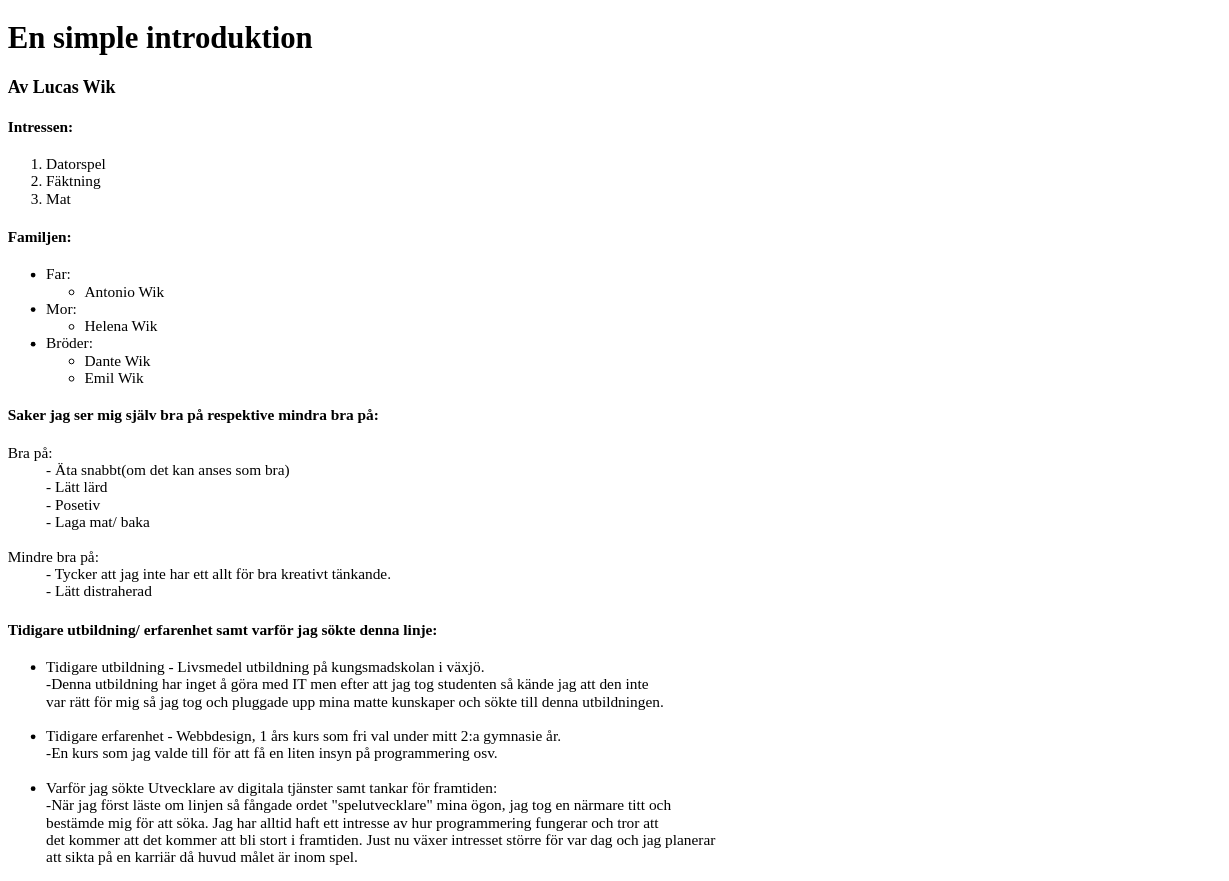
Repository: lw222gz/1ik415-laborationer
Page: Pages/presentation.html
The author's editor kept a record of every edit. The page is drawn from the files as they stood at one moment, then again after the next edit.
The browser window is 1280 px wide. The pictures show the whole page, at 96% of full size.

Above is the page before.

### Pages/presentation.html
<!doctype html>
<html lang="sv">
    <head>
        <meta charset="utf-8" />
        <title>presentation</title>
    </head>
<body>
<h1>En simple introduktion</h1>
<h3>Av Lucas Wik</h3>

<p></p>


<h4>Intressen:</h4>
<!--Vill gärna dra upp listan en rad upp, tycker avståndet är lite långt ifrån varandra, gäller för alla listor.-->
<ol>
    <li>Datorspel</li>
    <li>Fäktning</li>
    <li>Mat</li>
</ol>


<p></p>


<h4>Familjen:</h4>
<ul>
    <li>Far:
        <ul>
            <li>Antonio Wik</li>
        </ul>
    </li>
    <li>Mor:
        <ul>
            <li>Helena Wik</li>
        </ul>
    </li>
    <li>Bröder:
        <ul>
            <li>Dante Wik</li>
            <li>Emil Wik</li>
        </ul>
    </li>
</ul>


<p></p>


<h4>Saker jag ser mig själv bra på respektive mindra bra på:</h4>
<dl>
    <dt>Bra på:</dt>
        <dd>- Äta snabbt(om det kan anses som bra)</dd>
        <dd>- Lätt lärd</dd>
        <dd>- Posetiv</dd>
        <dd>- Laga mat/ baka <br /><br /></dd>



    <dt>Mindre bra på:</dt>
        <dd>- Tycker att jag inte har ett allt för bra kreativt tänkande.</dd>
        <dd>- Lätt distraherad</dd>

</dl>


<p></p>


<h4>Tidigare utbildning/ erfarenhet samt varför jag sökte denna linje:</h4>
<ul>
    <li>Tidigare utbildning - Livsmedel utbildning på kungsmadskolan i växjö.<br />
        -Denna utbildning har inget å göra med IT men efter att jag tog studenten så kände jag att den inte <br />
        var rätt för mig så jag tog och pluggade upp mina matte kunskaper och sökte till denna utbildningen. <br /><br />
    </li>



    <li>Tidigare erfarenhet - Webbdesign, 1 års kurs som fri val under mitt 2:a gymnasie år. <br />
        -En kurs som jag valde till för att få en liten insyn på programmering osv. <br /><br />
    </li>



    <li>Varför jag sökte Utvecklare av digitala tjänster samt tankar för framtiden: <br />
        -När jag först läste om linjen så fångade ordet "spelutvecklare" mina ögon, jag tog en närmare titt och <br />
        bestämde mig för att söka. Jag har alltid haft ett intresse av hur programmering fungerar och tror att <br />
        det kommer att det kommer att bli stort i framtiden. Just nu växer intresset större för var dag och jag planerar <br />
        att sikta på en karriär då huvud målet är inom spel.
    </li>
</ul>


</body>
</html>

After the next edit:
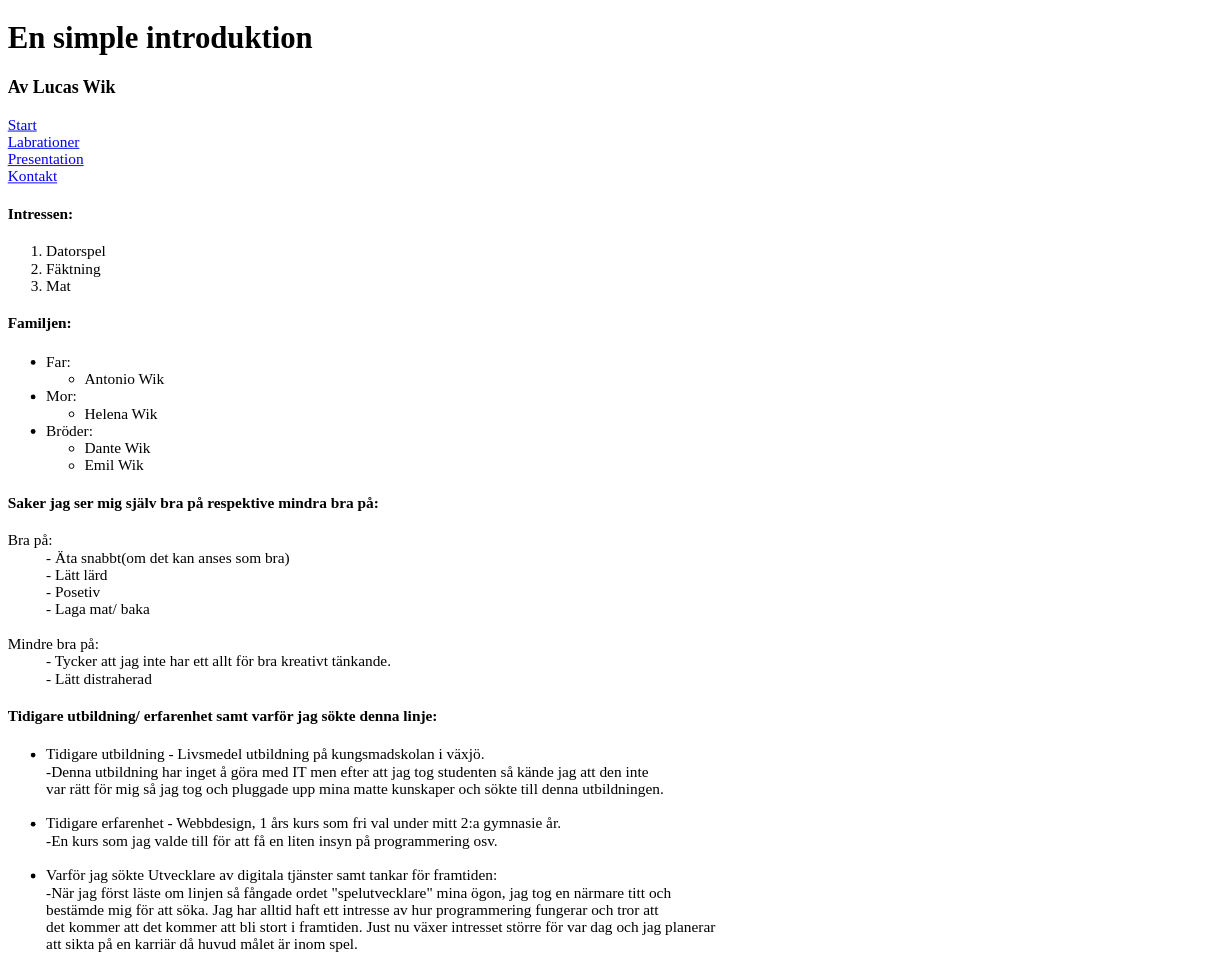
The edit:
--- a/Pages/presentation.html
+++ b/Pages/presentation.html
@@ -7,7 +7,10 @@
 <body>
 <h1>En simple introduktion</h1>
 <h3>Av Lucas Wik</h3>
-
+<a href="https://1ik415-laborationer-c9-lw222gz_1.c9.io/Videos/index.html">Start</a> <br />
+<a href="https://1ik415-laborationer-c9-lw222gz_1.c9.io/Pages/labrationer.html">Labrationer</a> <br />
+<a href="https://1ik415-laborationer-c9-lw222gz_1.c9.io/Pages/presentation.html">Presentation</a> <br />
+<a href="https://1ik415-laborationer-c9-lw222gz_1.c9.io/Pages/kontakt.html">Kontakt</a>
 <p></p>
 
 
